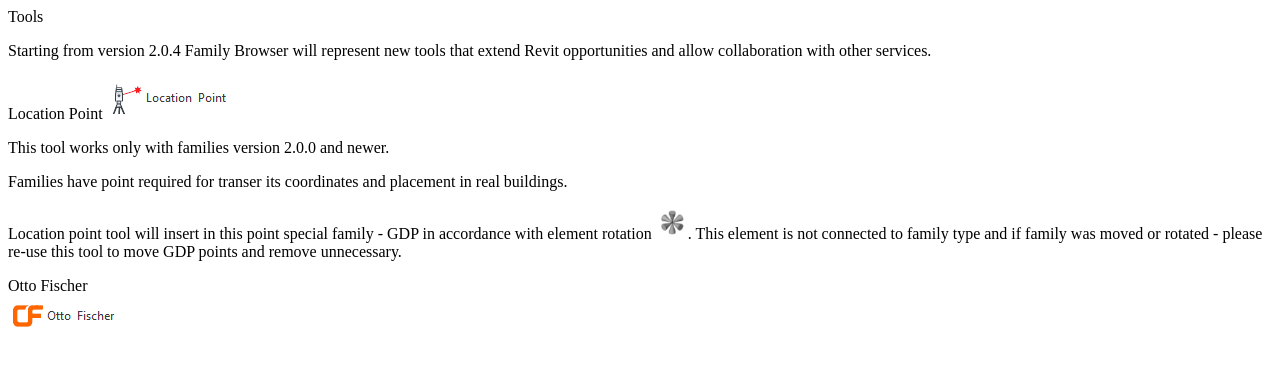
Repository: RomanLavrov/FamilyBrowserUserGuide
Page: http://localhost/FamilyBrowser/application/views/en/tools_view.php
These files come from the project's save history. The page is drawn as it stood at one moment and after a run of saves; the edit follows.
The browser window is 1280 px wide. The pictures show the whole page.
The page is run by PHP 8.4 with error messages shown; the project is at /var/www/html/.

Above is the page before, as saved 2019-10-24 12:07:12.

After the next 2 saves:
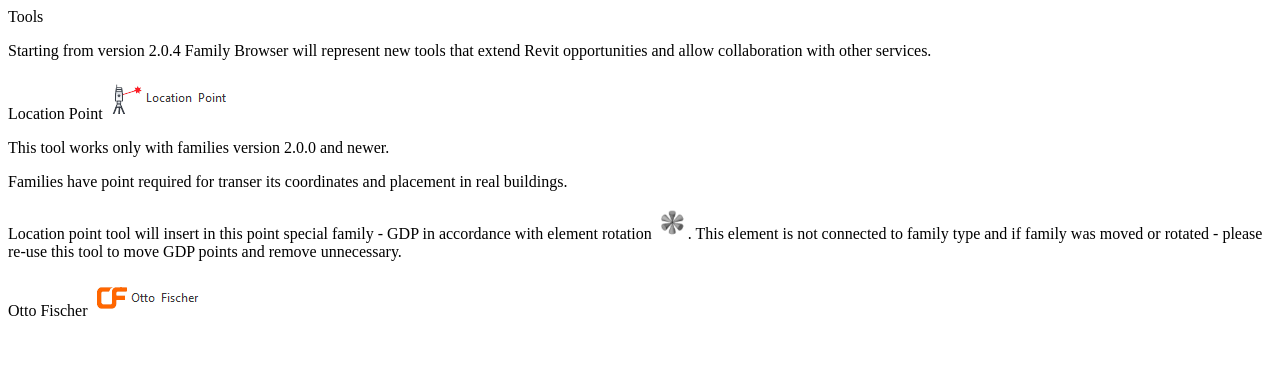
The 2 saves are shown as one change because they came seconds apart.
The last was saved 11 s later.
--- a/FamilyBrowser/application/views/en/tools_view.php
+++ b/FamilyBrowser/application/views/en/tools_view.php
@@ -16,7 +16,7 @@
       </p>
 </div>
 
-<div class="article-header">Otto Fischer</div>
+<div class="article-header">Otto Fischer <img src="/FamilyBrowser/images/OttoFischerButton.png" alt=""></div>
 <div class="article-content">
-<img src="/FamilyBrowser/images/OttoFischerButton.png" alt="">
+
 </div>
